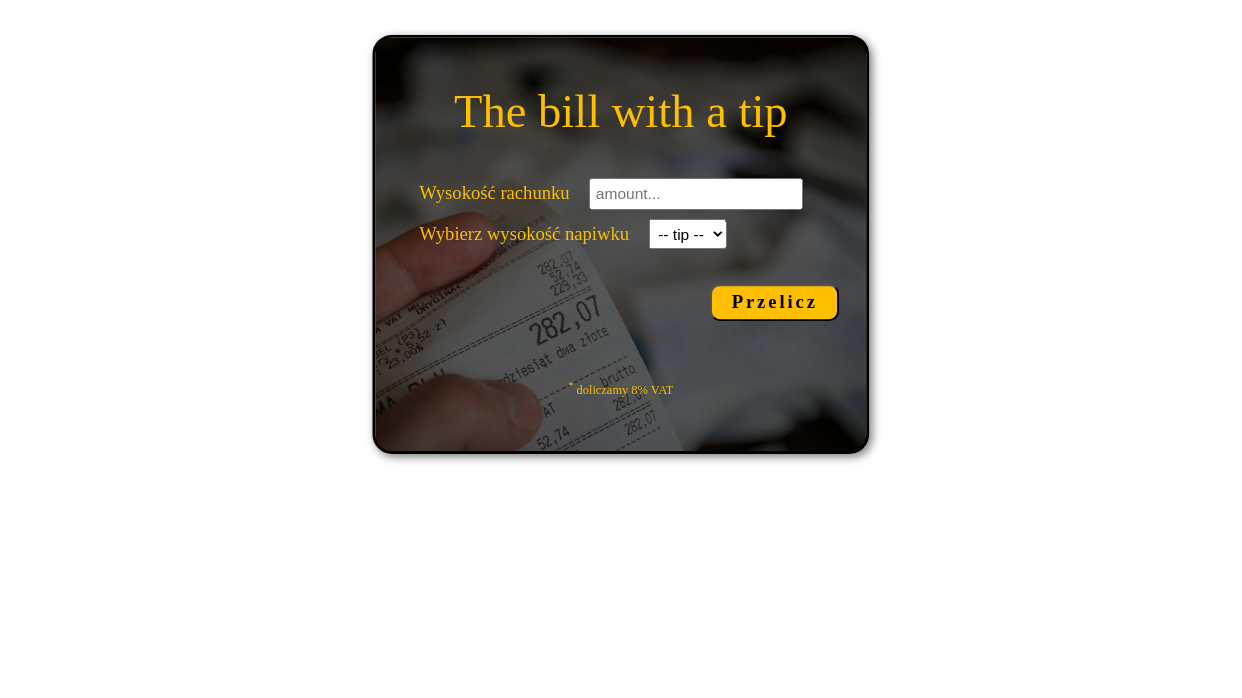
Repository: KrzysKolo/sr_tydzien4_zad1
Page: /
The author's editor kept a copy of each file at every save. The page is drawn from the files as they stood at one save, then again after the next save.
The browser window is 1280 px wide. The pictures show the whole page, at 97% of full size.
Some web fonts or font styles are not loaded; a fallback is used. The project was rebuilt for these pictures with package versions that can differ from the ones it lists, and the page was loaded fresh each time. Also part of the build but not shown: src/components/ParagrapfCard.js.

Above is the page before, as saved 2020-11-06 14:52:37.

### public/index.html
<!DOCTYPE html>
<html lang="en">
  <head>
    <meta charset="utf-8" />
    <link rel="icon" href="%PUBLIC_URL%/favicon.ico" />
    <meta name="viewport" content="width=device-width, initial-scale=1" />
    <meta name="theme-color" content="#000000" />
    <meta
      name="description"
      content="Web site created using create-react-app"
    />
    <link rel="apple-touch-icon" href="%PUBLIC_URL%/logo192.png" />
    <!--
      manifest.json provides metadata used when your web app is installed on a
      user's mobile device or desktop. See https://developers.google.com/web/fundamentals/web-app-manifest/
    -->
    <link rel="manifest" href="%PUBLIC_URL%/manifest.json" />
    <!--
      Notice the use of %PUBLIC_URL% in the tags above.
      It will be replaced with the URL of the `public` folder during the build.
      Only files inside the `public` folder can be referenced from the HTML.

      Unlike "/favicon.ico" or "favicon.ico", "%PUBLIC_URL%/favicon.ico" will
      work correctly both with client-side routing and a non-root public URL.
      Learn how to configure a non-root public URL by running `npm run build`.
    -->
    <link href="https://fonts.googleapis.com/css2?family=Calligraffitti&family=Shadows+Into+Light+Two&family=Skranji&display=swap" rel="stylesheet">
    <title>Bill and tip</title>
  </head>
  <body>
    <noscript>You need to enable JavaScript to run this app.</noscript>
    <div id="root"></div>
    <!--
      This HTML file is a template.
      If you open it directly in the browser, you will see an empty page.

      You can add webfonts, meta tags, or analytics to this file.
      The build step will place the bundled scripts into the <body> tag.

      To begin the development, run `npm start` or `yarn start`.
      To create a production bundle, use `npm run build` or `yarn build`.
    -->
  </body>
</html>

### src/App.js
import './App.css';
import BillCard from './components/BillCard';
const App = () => {
  return (
    <div>
      <BillCard/>
    </div>
   );
}

export default App;

### src/components/BillCard.js
import React, { Component } from 'react';
import HeaderCard from './HeaderCard';
import SectionCard from './SectionCard';
import FooterCard from './FooterCard';
import './BillCard.css';
class BillCard extends Component {
    state = {  }
    render() {
        return (
            <div className="billCard__wrapper">
                <HeaderCard/>
                <SectionCard />
                <FooterCard />
            </div>
         );
    }
}

export default BillCard;

### src/components/HeaderCard.js
import React from 'react';
const HeaderCard = () => {
    return (
        <div className="billCard__header">
            The bill with a tip
        </div>
     );
}

export default HeaderCard;

### src/components/SectionCard.js
import React, { Component } from 'react';
import FormCard from './FormCard';
import ParagrapfCard from './ParagrapfCard';

class SectionCard extends Component {
    state = {
        bill: {
            amount: "",
            tip: 0,
        },
        results: 0,
        show: true,
    }
     handleChange = e => {
        let  newBill = {
         ...this.state.bill,
         [e.target.name]: e.target.value,
         }

         this.setState({
             bill: newBill
         })
     }
     handleConvert = (e) => {
        e.preventDefault();
        const price = parseFloat(this.state.bill.amount)*1.08;
        const tip = parseFloat(this.state.bill.tip);
        const suma = (price+(price*tip)).toFixed(2);
         this.setState({
            results: suma,
            bill: {
                amount: "",
                tip: 0,
            },
            show: false,
         })
     }

     render() {

        return  this.state.show ?
        <FormCard bill={this.state.bill} result={this.state.result} show={this.state.show} handleChange={this.handleChange} handleConvert={this.handleConvert}/>
        : <ParagrapfCard result={this.state.results} />
         {/* <section className="billCard__section billCard__section--background"><p>Twój rachunek: {this.state.results} zł</p></section> */} ;
    }
}

export default SectionCard;

### src/components/FooterCard.js
import React from 'react';
const FooterCard = () => {
    return (
        <footer className="billCard__footer">
            <sup>*</sup> doliczamy 8% VAT <br />
        </footer>
     );
}

export default FooterCard;

### src/components/BillCard.css
.billCard__wrapper {
  width: 40vw;
  height: 60vh;
  background: url("./../image/bill.jpg");
  background-size: cover;
  border: 3px solid black;
  border-radius: 20px;
  box-shadow: 3px 3px 10px #7a7a7a;
  display: flex;
  flex-direction: column;
  align-items: center;
  margin: 5vh auto;
}
.billCard__header {
  font-family: "Skranji", cursive;
  font-size: 3rem;
  color: rgb(253, 191, 0);
  margin-top: 3rem;
}
.billCard__section {
  margin-top: 2rem;
  height: 40%;
  width: 90%;
}
.billCard__section--background {
  background-color: rgba(253, 191, 0, 0.07);
  border-radius: 10px;
  box-shadow: inset 3px 3px 5px black;
}
.billCard__section p {
  font-family: "Shadows Into Light Two", cursive;
  font-size: 2rem;
  margin: 2rem auto 0 auto;
  color: rgb(253, 191, 0);

  text-align: center;
}
.label__BillCard {
  font-family: "Shadows Into Light Two", cursive;
  font-size: 1.2rem;
  color: rgb(253, 191, 0);
  padding: 20px;
}
.form__items {
  font-size: 1rem;
  padding: 5px;
  margin-top: 10px;
}
.btn__BillCard {
  font-family: "Shadows Into Light Two", cursive;
  font-size: 1.2rem;
  background-color: rgb(253, 191, 0);
  border-radius: 10px;
  cursor: pointer;
  margin: 5vh auto 2vh 25vw;
  padding: 6px 20px;
  transition: all ease-in-out 0.3s;
  letter-spacing: 3px;
  font-weight: bold;
}
.btn__BillCard:hover {
  background-color: rgba(253, 191, 0, 0.07);
  color: rgb(253, 191, 0);
}
.billCard__footer {
  color: rgb(253, 191, 0);
  font-family: "Shadows Into Light Two", cursive;
  font-size: 0.8rem;
  margin-top: 3rem;
}

### src/components/FormCard.js

import React from 'react';
const  FormCards = (props) => {
    return (
        <section className="billCard__section">
        <form>
            <label className="label__BillCard" htmlFor="form__input-amount">Wysokość rachunku</label>
            <input className="form__items"
                       type="text"
                       id="form__input-amount"
                       name="amount"
                       placeholder="amount..."
                       onChange={props.handleChange}
                       value={props.amount} /><br/>
            <label className="label__BillCard" htmlFor="form__select">Wybierz wysokość napiwku</label>
            <select className="form__items"
                           name="tip"
                           id="form__select"
                           onChange={props.handleChange}
                           value={props.tip}>
                               <option value=""> -- tip -- </option>
                               <option value="0.05">5%</option>
                               <option value="0.10">10%</option>
                               <option value="0.15">15%</option>
                               <option value="0.20">20%</option>
                </select> <br />
                <button className="btn__BillCard" type="submit" onClick={props.handleConvert}>Przelicz</button>
        </form>
    </section>
     );
}
export default FormCards;

Loaded but not shown: src/index.js (common file); src/index.css (common file); src/App.css (common file)

After the next save:
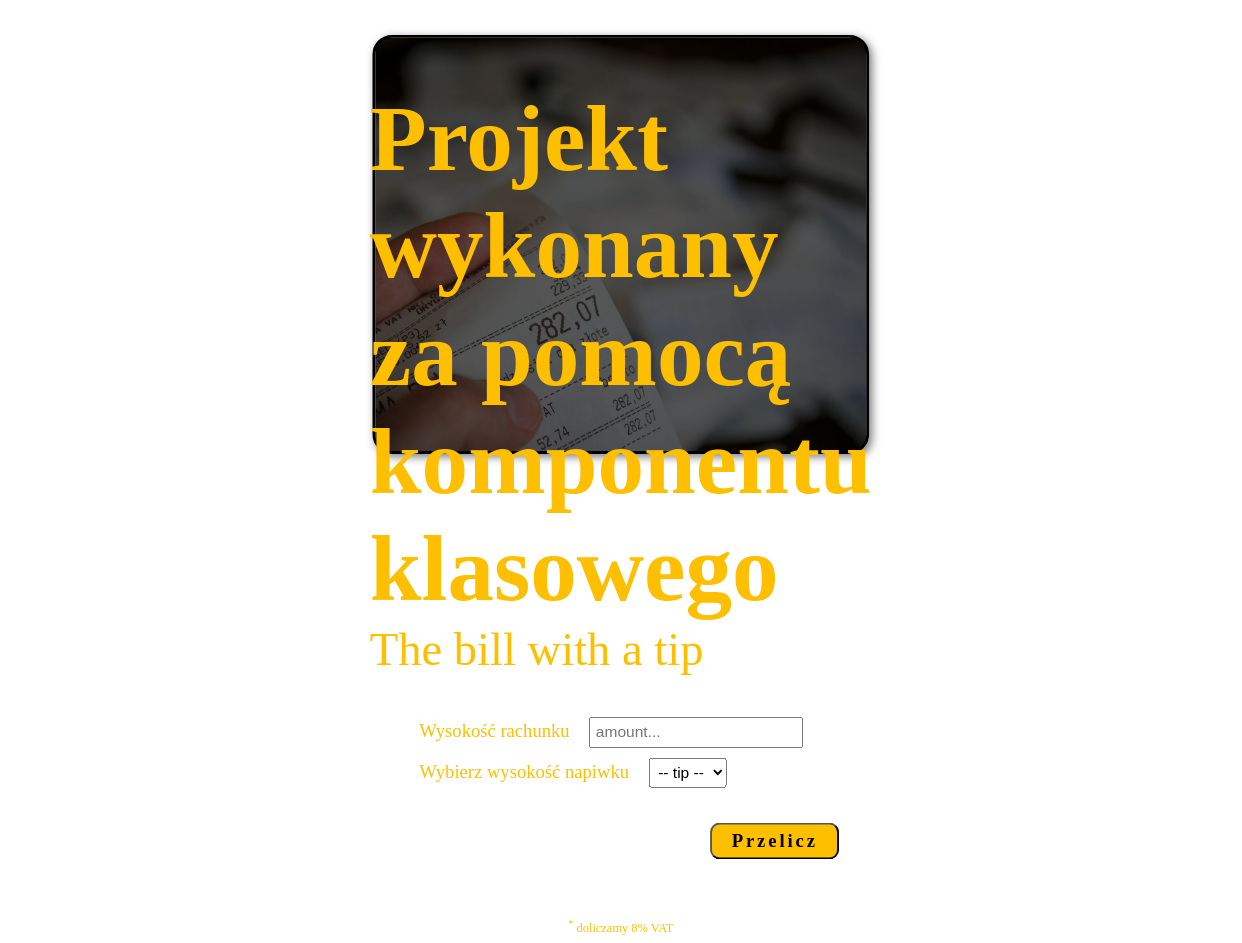
Saved 63 s later.
--- a/src/components/HeaderCard.js
+++ b/src/components/HeaderCard.js
@@ -2,6 +2,7 @@ import React from 'react';
 const HeaderCard = () => {
     return (
         <div className="billCard__header">
+            <h1>Projekt wykonany za pomocą komponentu klasowego</h1>
             The bill with a tip
         </div>
      );
